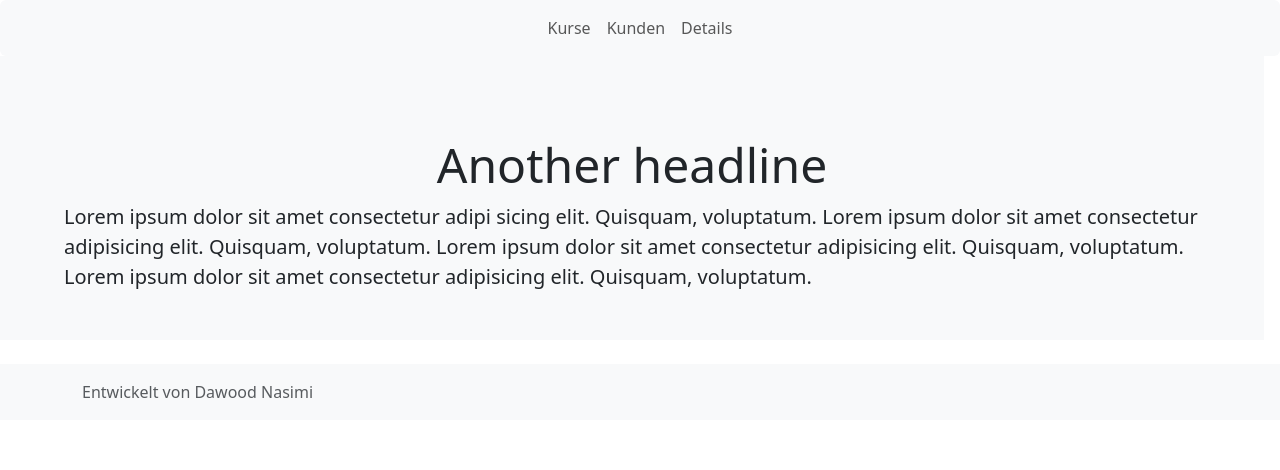
Repository: Dawoodnasimi/kurse
Page: templates/details/index.html.twig
These files come from the project's save history. The page is drawn as it stood at one moment and after the next save; the edit follows.
The browser window is 1280 px wide. The pictures show the whole page.
The page is a Twig template of a Symfony application; nobody is signed in and links lead nowhere. Other server files are loaded and not shown. The template is opened directly, without the code that normally fills it, so the values that code supplies are empty.

Above is the page before, as saved 2023-10-29 10:33:40.

### templates/details/index.html.twig
{% extends 'base.html.twig' %}

{% block title %}Hello DetailsController!
{% endblock %}

{% block body %}
	<div class="bg-body-tertiary me-md-3 pt-3 px-3 pt-md-5 px-md-5 text-center overflow-hidden">
		<div class="my-3 p-3">
			<h2 class="display-5 text-center">Another headline</h2>
			<p class="lead" style='text-align:left;'>Lorem ipsum dolor sit amet consectetur adipi sicing elit. Quisquam, voluptatum. Lorem ipsum dolor sit amet consectetur adipisicing elit. Quisquam, voluptatum. Lorem ipsum dolor sit amet consectetur adipisicing elit. Quisquam, voluptatum. Lorem ipsum dolor sit amet consectetur adipisicing elit. Quisquam, voluptatum.</p>
		</div>

		{# NEW Section #}

		<div class='container'>
				<div class="row">

					{% for kurs in kurse %}
					<div class="col-sm-6 mb-3">
						<div class="card">
							<div class="card-body">
								<h5 class="card-title">{{ kurs.name }}</h5>
								<p class="card-text">{{ kurs.info }}</p>
								<a href="#" class="btn btn-primary">Go somewhere</a>
							</div>
						</div>
					</div>
					{% endfor %}
				</div>
		</div>

		{# NEW Section END #}

		{% for kunde in kunden %}
		<div class="row row-cols-1 row-cols-md-3 mb-3 text-center">
			<div class="col">
				<div class="card mb-4 rounded-3 shadow-sm">
					<div class="card-header py-3">
						<h4 class="my-0 fw-normal">{{ kunde.name }}</h4>
					</div>
					<div class="card-body">
						<ul class="list-unstyled mt-3 mb-4">
							<li>{{ kunde.anschrift }}</li>
							<li>{{ kunde.kurs }}</li>
							<li>{{ kunde.begin|date('d.m.Y') }}</li>
							<li>{{ kunde.ende|date('d.m.Y') }}</li>
						</ul>
						<button type="button" class="w-100 btn btn-lg btn-outline-primary">Sign up for free</button>
					</div>
				</div>
			</div>
		</div>
		{% endfor %}

	</div>

	<br>
{% endblock %}

### templates/base.html.twig
<!DOCTYPE html>
<html>
	<head>
		<meta charset="UTF-8">
		<title>
			{% block title %}
			Kurse
			{% endblock %}
		</title>

		{% block stylesheets %}
		{{ encore_entry_link_tags('app') }}
		<link href="https://cdn.jsdelivr.net/npm/bootstrap@5.3.2/dist/css/bootstrap.min.css" rel="stylesheet" integrity="sha384-T3c6CoIi6uLrA9TneNEoa7RxnatzjcDSCmG1MXxSR1GAsXEV/Dwwykc2MPK8M2HN" crossorigin="anonymous">
		<link rel="stylesheet" href="https://cdn.jsdelivr.net/npm/bootstrap-icons@1.11.1/font/bootstrap-icons.css">

		{% endblock %}


		{% block javascripts %}
		{{ encore_entry_script_tags('app') }}

		<script src="https://cdn.jsdelivr.net/npm/bootstrap@5.3.2/dist/js/bootstrap.bundle.min.js" integrity="sha384-C6RzsynM9kWDrMNeT87bh95OGNyZPhcTNXj1NW7RuBCsyN/o0jlpcV8Qyq46cDfL" crossorigin="anonymous"></script>

		{% endblock %}

	</head>

	<body>

{% block header %}
    <nav class="navbar navbar-expand-lg bg-body-tertiary rounded" aria-label="Twelfth navbar example">
        <div class="container-fluid">
            <button class="navbar-toggler" type="button" data-bs-toggle="collapse" data-bs-target="#navbars_ziff" aria-controls="navbars_ziff" aria-expanded="false" aria-label="Toggle navigation">
                <span class="navbar-toggler-icon"></span>
            </button>

            <div class="collapse navbar-collapse justify-content-md-center" id="navbars_ziff">
                <ul class="navbar-nav">
                    <li class="nav-item">
                        <a class="nav-link {% if app.request.attributes.get('_route') == 'app_kurse' %}active{% endif %}" aria-current="page" href="{{ path('app_kurse') }}">Kurse</a>
                    </li>
                    <li class="nav-item">
                        <a class="nav-link {% if app.request.attributes.get('_route') == 'app_kunden' %}active{% endif %}" href="{{ path('app_kunden') }}">Kunden</a>
                    </li>
                    <li class="nav-item">
                        <a class="nav-link {% if app.request.attributes.get('_route') == 'app_details' %}active{% endif %}" href="{{ path('app_details') }}">Details</a>
                    </li>
                </ul>
            </div>
        </div>
    </nav>
{% endblock %}

{% block body %}{% endblock %}

{% block footer %}
		<footer class="footer mt-auto py-3 bg-body-tertiary">
			<div class="container">
				<span class="text-muted">Entwickelt von Dawood Nasimi</span>
			</div>
		</footer>

		{# <div class="container-fluid" style="background:whitesmoke">
			<footer class="d-flex justify-content-center py-3">
				<ul class="nav nav-pills">
					<li class="nav-item">
						<a href="{{ path('app_kurse') }}" class="nav-link active" aria-current="page">Home</a>
					</li>
					<li class="nav-item">
						<a href="{{ path('app_kunden') }}" class="nav-link">Features</a>
					</li>
					<li class="nav-item">
						<a href="{{ path('app_details') }}" class="nav-link">Pricing</a>
					</li>

				</ul>
			</footer>
		</div> #}
{% endblock %}

	</body>
</html>

Loaded but not shown: webpack.config.js (common file)

After the next save:
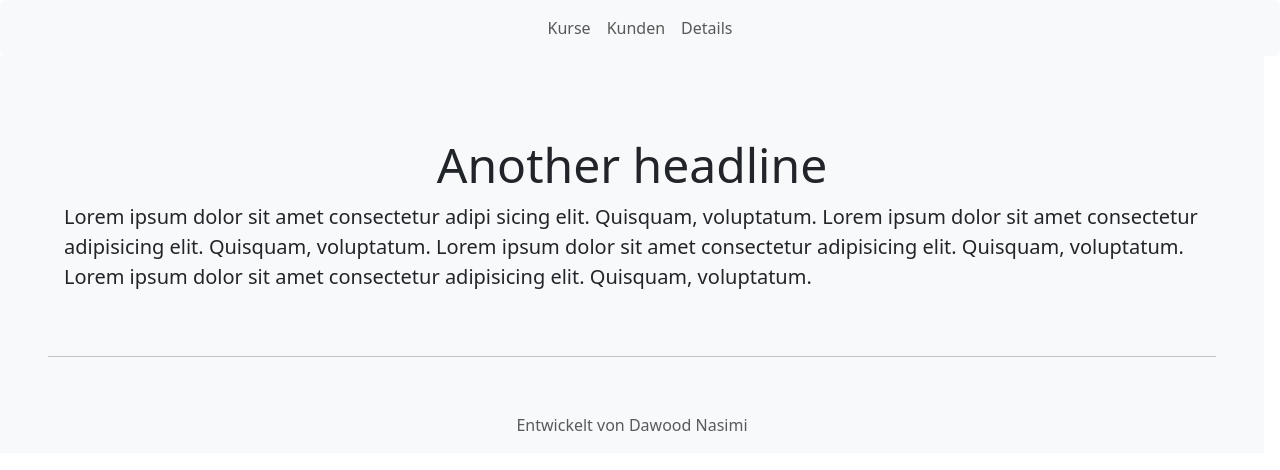
Saved 26 s later.
--- a/templates/details/index.html.twig
+++ b/templates/details/index.html.twig
@@ -14,7 +14,6 @@
 
 		<div class='container'>
 				<div class="row">
-
 					{% for kurs in kurse %}
 					<div class="col-sm-6 mb-3">
 						<div class="card">
@@ -31,6 +30,10 @@
 
 		{# NEW Section END #}
 
+		<hr>
+
+		<div class='container'>
+				<div class="row">
 		{% for kunde in kunden %}
 		<div class="row row-cols-1 row-cols-md-3 mb-3 text-center">
 			<div class="col">
